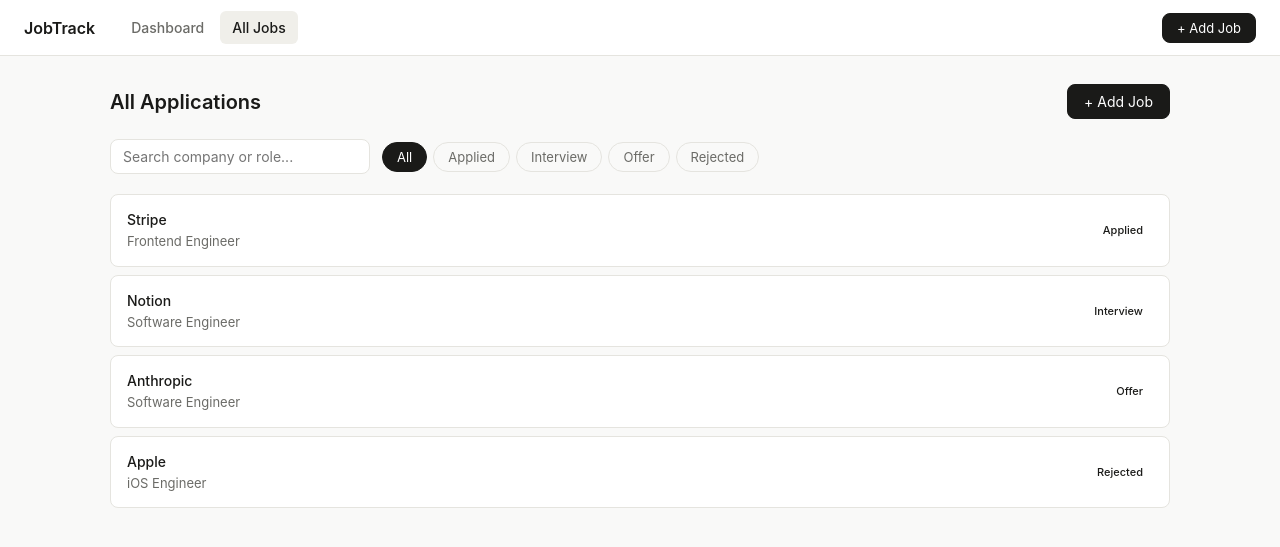
Repository: adtm0/jobtracker
Page: /jobs (app in frontend/)
These files come from the project's save history. The page is drawn as it stood at one moment and after the next save; the edit follows.
The browser window is 1280 px wide. The pictures show the whole page.
The project was rebuilt for these pictures with package versions that can differ from the ones it lists, and the page was loaded fresh each time. Also part of the build but not shown: frontend/vite.config.js, frontend/src/pages/Login.jsx, frontend/src/pages/Register.jsx, frontend/src/pages/Dashboard.jsx, frontend/src/pages/JobForm.jsx.

Above is the page before, as saved 2026-04-19 20:25:15.

After the next save:
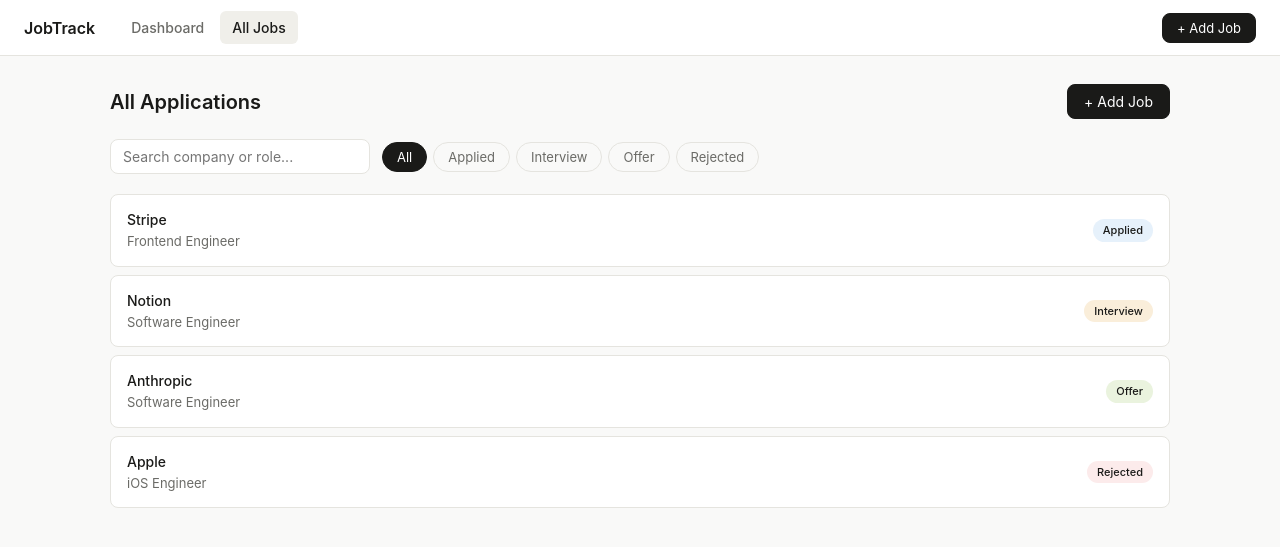
Saved 5 s later.
--- a/frontend/src/pages/Jobs.jsx
+++ b/frontend/src/pages/Jobs.jsx
@@ -145,7 +145,7 @@
                 fontWeight: 500,
                 padding: '3px 10px',
                 borderRadius: 20,
-                background: BADGE_COLORS[job.status]
+                background: BADGE_COLORS[job.status].bg
               }}>
                 {job.status.charAt(0).toUpperCase() + job.status.slice(1)}
               </span>
